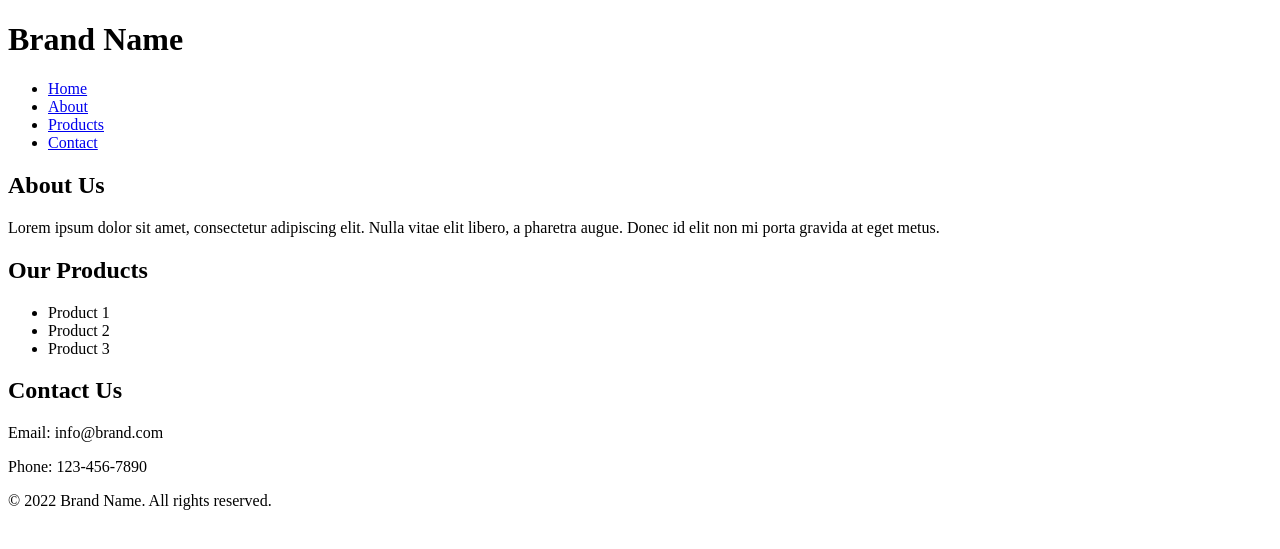
Repository: temuujinnn/mongol_kanain
Page: brand_page.html
These files come from the project's save history. The page is drawn as it stood at one moment and after the next save; the edit follows.
The browser window is 1280 px wide. The pictures show the whole page.

Above is the page before, as saved 2024-08-27 13:31:05.
Not found: styles.css

### brand_page.html
<!DOCTYPE html>
<html lang="en">
<head>
    <meta charset="UTF-8">
    <meta name="viewport" content="width=device-width, initial-scale=1.0">
    <title>Brand Page</title>
    <link rel="stylesheet" href="styles.css">
</head>
<body>
    <header>
        <h1>Brand Name</h1>
        <nav>
            <ul>
                <li><a href="#">Home</a></li>
                <li><a href="#">About</a></li>
                <li><a href="#">Products</a></li>
                <li><a href="#">Contact</a></li>
            </ul>
        </nav>
    </header>

    <main>
        <section>
            <h2>About Us</h2>
            <p>Lorem ipsum dolor sit amet, consectetur adipiscing elit. Nulla vitae elit libero, a pharetra augue. Donec id elit non mi porta gravida at eget metus.</p>
        </section>

        <section>
            <h2>Our Products</h2>
            <ul>
                <li>Product 1</li>
                <li>Product 2</li>
                <li>Product 3</li>
            </ul>
        </section>

        <section>
            <h2>Contact Us</h2>
            <p>Email: info@brand.com</p>
            <p>Phone: 123-456-7890</p>
        </section>
    </main>

    <footer>
        <p>&copy; 2022 Brand Name. All rights reserved.</p>
    </footer>
</body>
</html>

### style.css
/* Basic Reset */
* {
    margin: 0;
    padding: 0;
    box-sizing: border-box;
}

body {
    font-family: 'Manrope', sans-serif;
    color: white;
    background-color: #1e1e1e;
    line-height: 1.6;
}

/* Header */
header {
    padding: 20px 0;
    position: absolute;
    width: 100%;
    z-index: 1000;
}

header .container {
    display: flex;
    justify-content: space-between;
    align-items: center;
    padding: 0 20px;
}

header .logo {
    display: flex;
    flex-direction: row;
    align-items: center;
}

header .logo h1 {
    color: #fff;
    font-size: 1.5rem;
    margin: 0;
}

header nav ul {
    list-style: none;
    display: flex;
    margin: 0;
    padding: 0;
}

header nav ul li {
    margin-left: 20px;
}

header nav ul li a {
    color: #fff;
    text-decoration: none;
    font-size: 1rem;
}

header nav ul li a:hover {
    color: #ffcc00;
}

header .contact-btn {
    background-color: #fff;
    color: #000;
    padding: 10px 20px;
    text-decoration: none;
    border-radius: 5px;
    font-weight: bold;
}

header .contact-btn:hover {
    background-color: #e6e6e6;
}

/* Hamburger Menu */
.hamburger {
    display: none;
    flex-direction: column;
    justify-content: space-around;
    width: 30px;
    height: 24px;
    background: transparent;
    border: none;
    cursor: pointer;
    z-index: 1100;
    /* Ensure the hamburger is above other content */
}

.hamburger div {
    width: 30px;
    height: 3px;
    background-color: #fff;
    border-radius: 5px;
    transition: all 0.3s linear;
    position: relative;
}

.hamburger.active div:nth-child(1) {
    transform: rotate(45deg);
    top: 8px;
}

.hamburger.active div:nth-child(2) {
    opacity: 0;
}

.hamburger.active div:nth-child(3) {
    transform: rotate(-45deg);
    top: -8px;
}

/* Sidebar Menu */
.sidebar {
    height: 100%;
    width: 300px;
    position: fixed;
    top: 0;
    left: -300px;
    background-color: #1e1e1e;
    z-index: 1050;
    transition: all 0.3s ease;
    display: flex;
    flex-direction: column;
    padding: 20px;
}

.sidebar.active {
    left: 0;
}

.sidebar ul {
    list-style: none;
    padding: 0;
}

.sidebar ul li {
    margin-bottom: 20px;
}

.sidebar ul li a {
    color: #fff;
    text-decoration: none;
    font-size: 1.2rem;
}

.sidebar ul li a:hover {
    color: #ffcc00;
}

.sidebar .contact-btn {
    margin-top: auto;
}

/* Hero Section */
#hero {
    position: relative;
    background: url('./images/m.png') no-repeat center center/cover;
    height: 100vh;
    /* Adjust to full height */
    display: flex;
    justify-content: center;
    align-items: center;
    text-align: center;
    color: #fff;
    padding: 0 20px;
    /* Ensure padding for small screens */
}

#hero .overlay {
    position: absolute;
    top: 0;
    left: 0;
    right: 0;
    bottom: 0;
    background: rgba(0, 0, 0, 0.5);
}

.hero-content {
    z-index: 1;
    max-width: 90%;
    /* Ensure content is well spaced */
}


.hero-content .button {
    padding: 10px 20px;
    background: #fff;
    color: #000;
    text-decoration: none;
    border-radius: 5px;
    font-weight: bold;
    transition: background-color 0.3s ease;
}

.hero-content .button:hover {
    background-color: #e6e6e6;
}

@media (max-width: 768px) {
    header .container {
        flex-direction: row;
        justify-content: space-between;
    }

    header nav ul {
        display: none;
    }

    header .contact-btn {
        display: none;
    }

    .hamburger {
        display: flex;
    }

    #hero {
        height: auto;
        padding: 40px 20px;
    }


    .hero-content .button {
        font-size: 1rem;
        padding: 10px 20px;
    }

    .hero-content h1 {
        font-size: 20px !important;

    }


}

/* Hero Section */
#hero {
    position: relative;
    background: url('./images/m.png') no-repeat center center/cover;
    height: 726px;
    display: flex;
    justify-content: center;
    align-items: center;
    text-align: center;
    color: #fff;
}

#hero .overlay {
    position: absolute;
    top: 0;
    left: 0;
    right: 0;
    bottom: 0;
    background: rgba(0, 0, 0, 0.5);
    /* Dark overlay */
}

.hero-content {
    z-index: 1;
    max-width: 80%;
}

.hero-content h1 {
    font-size: 2.5rem;
    margin-bottom: 20px;
}

.hero-content .button {
    padding: 10px 20px;
    background: #fff;
    color: #000;
    text-decoration: none;
    border-radius: 5px;
    font-weight: bold;
    transition: background-color 0.3s ease;
}

.hero-content .button:hover {
    background-color: #e6e6e6;
}

#about {
    padding: 50px 20px;
    background-color: #1e1e1e;
}

.container {
    max-width: 1200px;
    margin: 0 auto;
}

#about h2 {
    font-size: 32px;
    margin-bottom: 20px;
    color: #fff;
    font-weight: 700;
    text-align: left;
}

.description {

    font-size: 12px;
    font-style: normal;
    font-weight: 400;
    text-align: left;
}

.about-grid {
    display: grid;
    grid-template-columns: repeat(3, 1fr);
    gap: 20px;
    height: 100%;
}

.about-card {
    background-color: #1e1e1e;
    padding: 20px;
    border-radius: 10px;
    display: flex;
    flex-direction: column;
    justify-content: space-between;
    align-items: start;

    border: 1px solid #444;
    transition: transform 0.3s ease, border-color 0.3s ease;
}

.about-card:hover {
    transform: translateY(-5px);
    border-color: #ffcc00;
}

.icon {

    display: flex;
    justify-content: center;
    align-items: center;
    background-color: #4b4b4b;
    width: 64px;
    height: 64px;
    padding: 12px;
    border-radius: 24px;

}



.text {
    font-size: 1.2rem;
    color: #fff;
    font-weight: 700;
}

.text br {
    display: none;
}

@media (min-width: 768px) {
    .text br {
        display: inline;
    }


}


/* Adjusting body padding to avoid header overlay */
#order-process {
    width: 100%;
    padding: 50px 20px;
    background-color: #1e1e1e
}

.container {
    max-width: 1200px;
    margin: 0 auto;
    text-align: center;
}

#order-process h2 {
    font-size: 2rem;
    margin-bottom: 20px;
    color: #fff;
    position: relative;
    display: inline-block;
    /* padding-left: 40px; */
}

.order-process-title {
    display: flex;
    justify-content: start;
    align-items: start;
    flex-direction: column;

}



/* .description {
    font-size: 1rem;
    margin-bottom: 40px;
    color: #d3d3d3;
} */

.steps {
    display: flex;
    justify-content: space-between;
    flex-wrap: wrap;
    position: relative;
}

.step {
    flex: 1;
    padding: 20px;
    max-width: 220px;
    position: relative;
    /* Ensure step number stays relative to its parent */
    text-align: center;
}

.step::after {
    content: '';
    position: absolute;
    top: 50%;
    left: -10px;
    /* right: -10px; */
    /* right: -0px; */
    /* Adjust depending on spacing between steps */
    width: calc(150% + 200px);
    /* Extend to next step */
    height: 2px;
    background-color: #d3d3d3;
    z-index: 0;
}

.step:last-child::after {
    display: none;
    /* Remove the line after the last step */
}

.icon {
    margin-bottom: 20px;
    position: relative;
}

.step-number {
    position: absolute;
    top: 50%;
    /* Aligns with the line */
    left: 50%;
    transform: translate(-50%, -50%);
    background-color: #e6e6e6;
    color: #262626;
    font-weight: bold;
    border-radius: 50%;
    width: 30px;
    height: 30px;
    display: flex;
    align-items: center;
    justify-content: center;
    font-size: 1rem;
    z-index: 1;
    /* Ensures step number stays on top */
}

.step h3 {
    font-size: 1.2rem;
    margin-bottom: 20px;
    color: #fff;
}

.step p {
    margin-top: 90px;
    font-size: 0.9rem;
    color: #d3d3d3;
}

@media (max-width: 768px) {
    .steps {
        flex-direction: column;
        align-items: center;
    }

    .about-grid {
        display: grid;
        grid-template-columns: repeat(1, 1fr);
        gap: 20px;
        height: 100%;
    }

    .step {
        max-width: 100%;
        margin-bottom: 20px;
    }

    .step::after {
        display: none;
        /* Remove the lines for mobile view */
    }
}

#brands {
    padding: 50px 20px;
    background-color: #1e1e1e
}

.brandcontainer {
    max-width: 1200px;
    margin: 0 auto;
    display: flex;
    align-items: center;
    justify-content: space-between;
    flex-wrap: wrap;
}

.content {
    max-width: 40%;
    display: flex;
    flex-direction: column;
    justify-content: start;
    align-items: start;
}

#brands h2 {
    font-size: 2rem;
    margin-bottom: 20px;
    color: #fff;
    position: relative;
    /* padding-left: 40px; */
}



.branddescription {
    font-size: 12px;
    margin-bottom: 40px;
    color: #d3d3d3;
}

.button {
    padding: 10px 20px;
    background: none;
    color: #fff;
    border: 2px solid #fff;
    text-decoration: none;
    border-radius: 5px;
    font-weight: bold;
    display: inline-block;
    transition: all 0.3s ease;
}

.button:hover {
    background-color: #ffcc00;
    color: #262626;
    border-color: #ffcc00;
}

.brand-logos {
    width: 100%;
    overflow-x: scroll;
    display: grid;
    grid-template-columns: repeat(10, 1fr);
    gap: 20px;
    max-width: 50%;
}
.brand-logos img {
    max-width: 120px;
    height: auto;
    border-radius: 10px;
    transition: transform 0.3s ease;
}


@media (max-width: 768px) {
    .container {
        flex-direction: column;
    }

    .content {
        max-width: 100%;
        margin-bottom: 20px;
    }

    .brand-logos {
        max-width: 100%;
        grid-template-columns: repeat(2, 1fr);
    }
}

#car-brands {
    padding: 50px 20px;
    background-color: #1e1e1e
}

.container {
    max-width: 1200px;
    margin: 0 auto;
    text-align: center;
}

#car-brands h2 {
    font-size: 2rem;
    margin-bottom: 20px;
    color: #fff;
    position: relative;

}



#car-brands p {
    font-size: 12px;
    text-align: start;
    margin-bottom: 40px;
    color: #d3d3d3;
}

.brand-list {
    display: grid;
    grid-template-columns: repeat(5, 1fr);
    /* gap: 20px; */
}

.brand-item {

    font-size: 1rem;
    color: #fff;
    padding: 20px;
    text-align: center;
    border-bottom: 1px solid #444;
    display: flex;
    align-items: center;
    justify-content: center;
    min-height: 50px;
    /* Ensures consistent height */
    white-space: nowrap;
    overflow: hidden;
    text-overflow: ellipsis;
    font-size: calc(0.9rem + 0.2vw);
    /* Dynamic font size based on viewport width */
}

.brand-item.long-text {
    font-size: 0.9rem;
    /* Slightly smaller font size for longer text */
}

@media (max-width: 768px) {
    .brand-list {
        grid-template-columns: repeat(2, 1fr);
    }
}

@media (max-width: 480px) {
    .brand-list {
        grid-template-columns: 1fr;
    }

    .brand-item {
        white-space: normal;
        /* Allows text to wrap on smaller screens */
        font-size: 0.9rem;
        /* Adjust font size for smaller screens */
    }
}

#contact {
    padding: 50px 20px;
    background-color: #000000;
}

.contactcontainer {
    max-width: 1200px;
    margin: 0 auto;
    display: flex;
    justify-content: space-between;
    align-items: flex-start;
}

.contact-form {
    background-color: #1e1e1e;
    padding: 30px;
    border-radius: 10px;
    max-width: 40%;

    flex: 1;
}

.contact-form h3 {
    font-size: 0.9rem;
    color: #d3d3d3;
    margin-bottom: 10px;
}

.contact-form h2 {
    font-size: 1.5rem;
    color: #fff;
    margin-bottom: 20px;
    line-height: 1.4;
}

.contact-form form {
    display: flex;
    flex-direction: column;

}

.contact-form input {
    padding: 15px;
    margin-bottom: 10px;
    border: 1px solid #444;
    border-radius: 5px;
    background-color: #262626;
    color: white;
    font-size: 1rem;
}

.contact-form input::placeholder {
    color: #888;
}

.contact-form button {
    padding: 15px;
    background-color: white;
    color: #000;
    border: none;
    border-radius: 5px;
    font-weight: bold;
    cursor: pointer;
    transition: background-color 0.3s ease;
}

.contact-form button:hover {
    background-color: #e6e6e6;
}

.contact-form .privacy {
    margin-top: 15px;
    font-size: 0.8rem;
    color: #888;
}

.contact-details {
    max-width: 40%;


    text-align: right;
    flex: 1;

    height: 100%;
}

.sizedbox {
    height: 120px;
}

.contact-details h3 {
    font-size: 0.9rem;
    color: #d3d3d3;
    margin-bottom: 10px;
}

.contact-details p {
    font-size: 16px;
    margin-bottom: 20px;
    line-height: 1.6;
}

.social-icons {
    display: flex;
    justify-content: flex-end;
    gap: 10px;
    margin-bottom: 20px;
}

.social-icons a img {
    width: 30px;
    height: 30px;
}

.copyright {
    font-size: 0.8rem;
    color: #888;
}

@media (max-width: 768px) {
    .contactcontainer {
        flex-direction: column;

    }

    .sizedbox {
        height: 20px;
    }

    .contact-form {
        width: 100%;

    }

    .contact-form,
    .contact-details {
        max-width: 100%;
        text-align: center;
        align-items: flex-start;
    }

    .contact-details {
        margin-top: 30px;
        text-align: start;
    }

    .social-icons {
        justify-content: start;
    }
}

@keyframes fadeIn {
    from {
        opacity: 0;
        transform: translateY(20px);
        /* Optional: adds a slight upward movement */
    }

    to {
        opacity: 1;
        transform: translateY(0);
    }
}

.fade-in {
    opacity: 0;
    /* Initially hide the element */
    transform: translateY(10px);
    /* Optional: start with slight downward position */
    transition: opacity 0.5s ease-out, transform 0.5s ease-out;
    animation-fill-mode: forwards;
    /* Ensures the element stays in the end state of the animation */
}

.fade-in.visible {
    opacity: 1;
    transform: translateY(0);
    animation: fadeIn 0.5s ease-out forwards;
    /* Play the fadeIn animation */
}

Loaded but not shown: brand_page.css (no stored copy; drawn as an empty file)

After the next save:
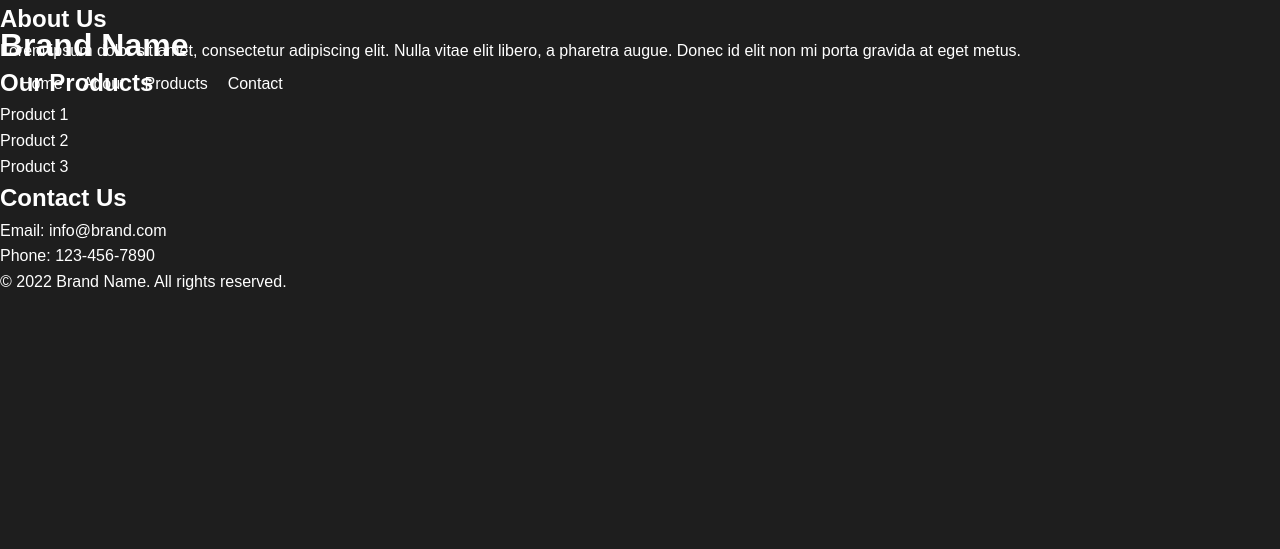
Saved 20 s later.
--- a/brand_page.html
+++ b/brand_page.html
@@ -4,7 +4,8 @@
     <meta charset="UTF-8">
     <meta name="viewport" content="width=device-width, initial-scale=1.0">
     <title>Brand Page</title>
-    <link rel="stylesheet" href="styles.css">
+    <link rel="stylesheet" href="./style.css">
+    <link rel="stylesheet" href="./brand_page.css">
 </head>
 <body>
     <header>
